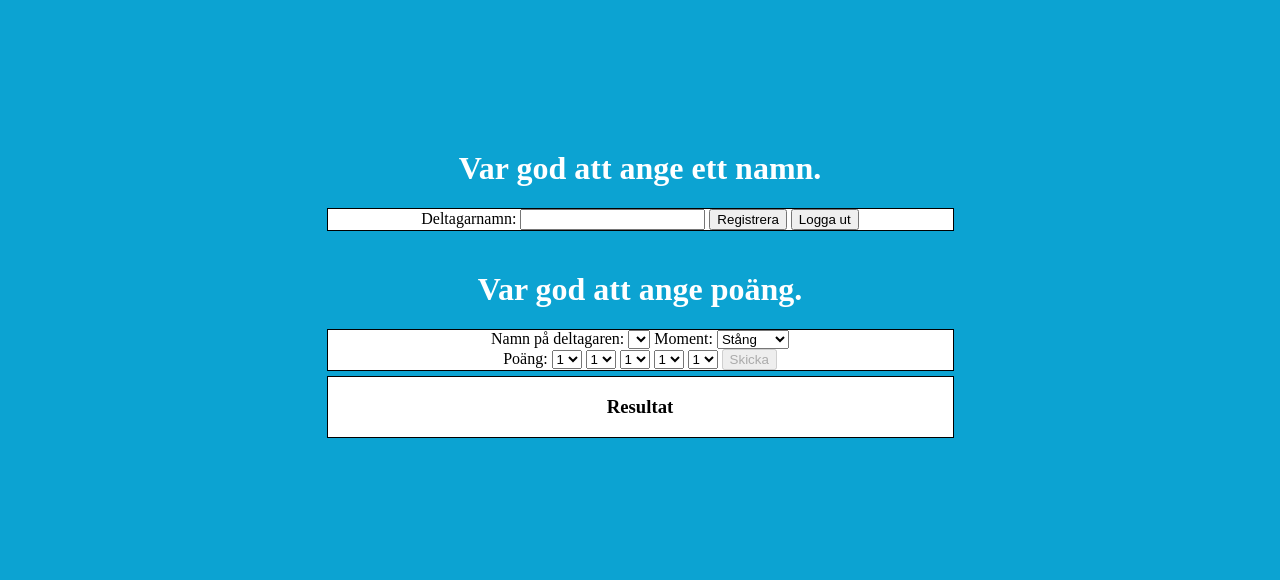
Repository: ms223uh/1dv404-tests
Page: www/logged.html
The author's editor kept a record of every edit. The page is drawn from the files as they stood at one moment, then again after the next edit.
The browser window is 1280 px wide. The pictures show the whole page.

Above is the page before.

After the next edit:
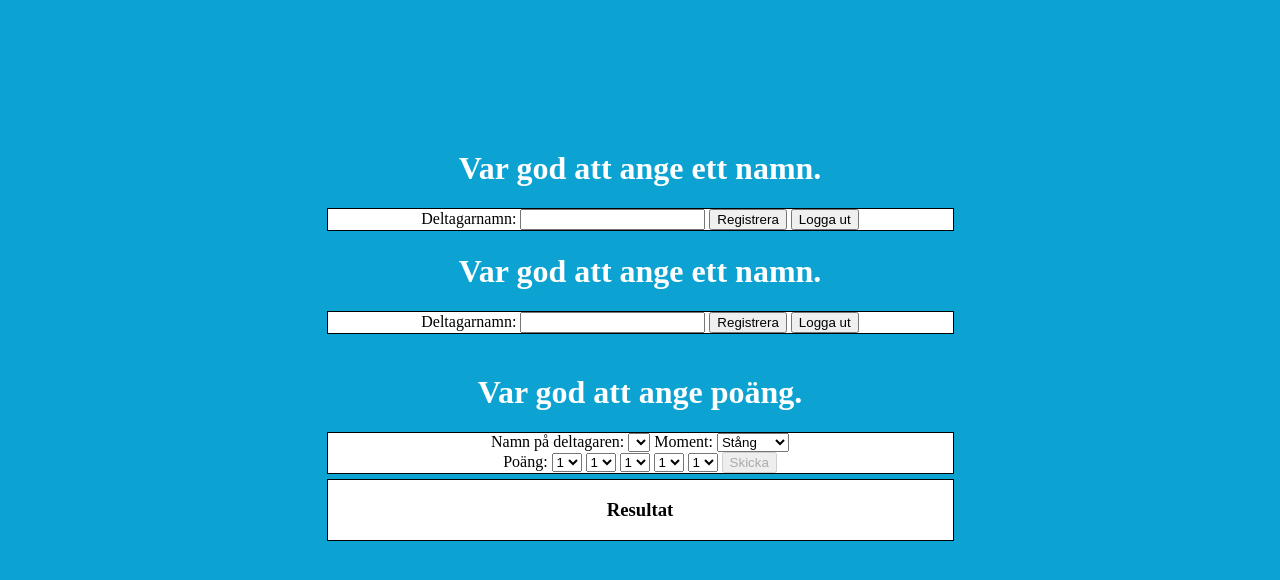
The edit:
--- a/www/logged.html
+++ b/www/logged.html
@@ -21,6 +21,28 @@
 
 
 <div id="dataContainer">
+
+
+    <h1>Var god att ange ett namn.</h1>
+
+
+   <div id="dataBox">
+
+
+   <form method="post" >
+
+            Deltagarnamn: <input type="text" maxlength="18" name="addUser" id="addUser">
+
+
+           <button type="submit" name="regUser" id="regUser">Registrera</button>
+
+           <button type="submit" name="logOut" id="logOut">Logga ut</button>
+
+          </form>
+
+
+
+</div>
 
 
 
